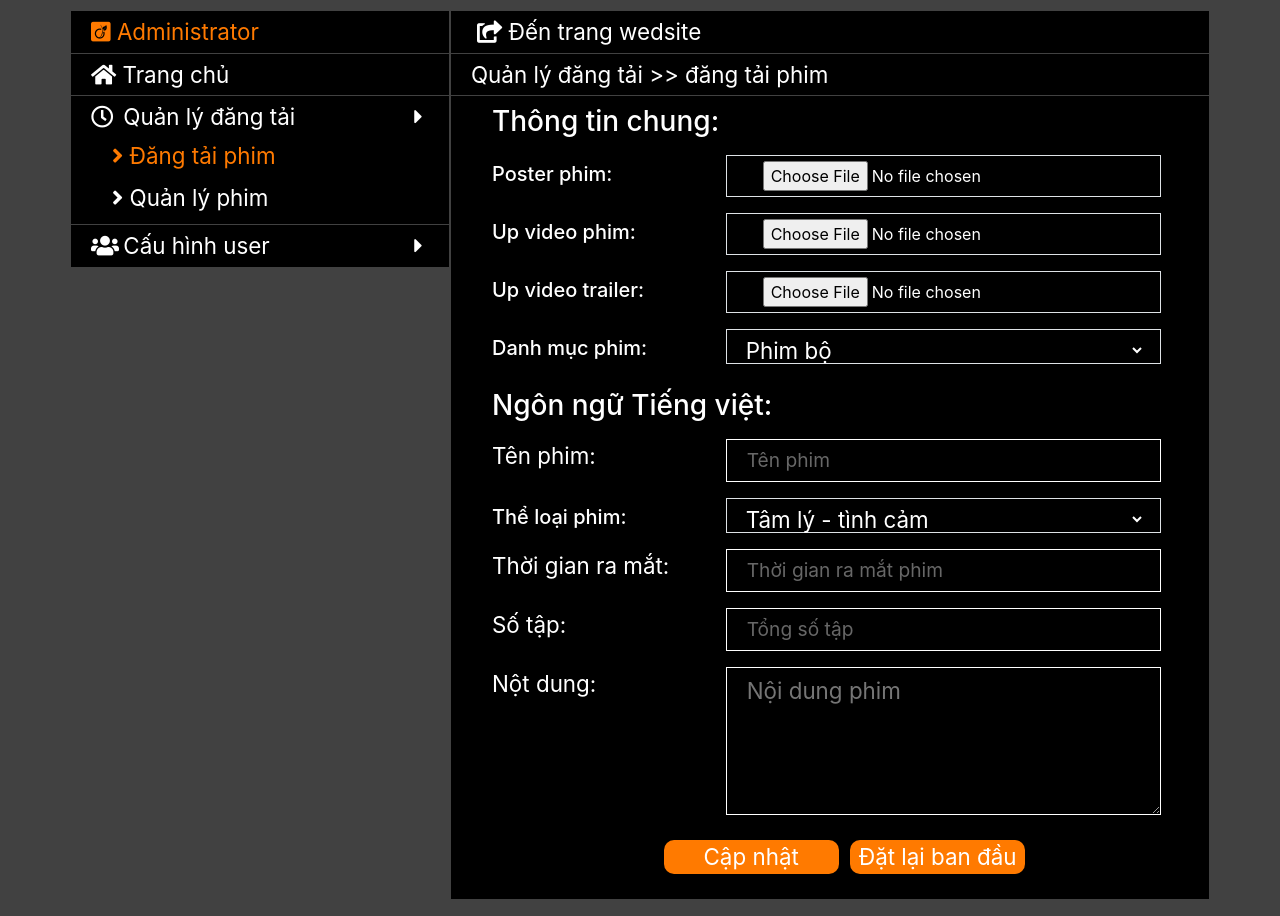
Repository: SonNguyen892002/Lau-Dai-Code
Page: http://localhost/wed-jdbc-1-2023/views/admin/dangtaiphim.jsp
An editor plug-in stored every save of this project. The page is shown before and after the next save, followed by the edit.
The browser window is 1280 px wide. The pictures show the whole page.
The page is served by Tomcat 9. Nobody is signed in. The application's start-up code is not run.

Above is the page before, as saved 2022-01-15 11:05:21.

After the next save:
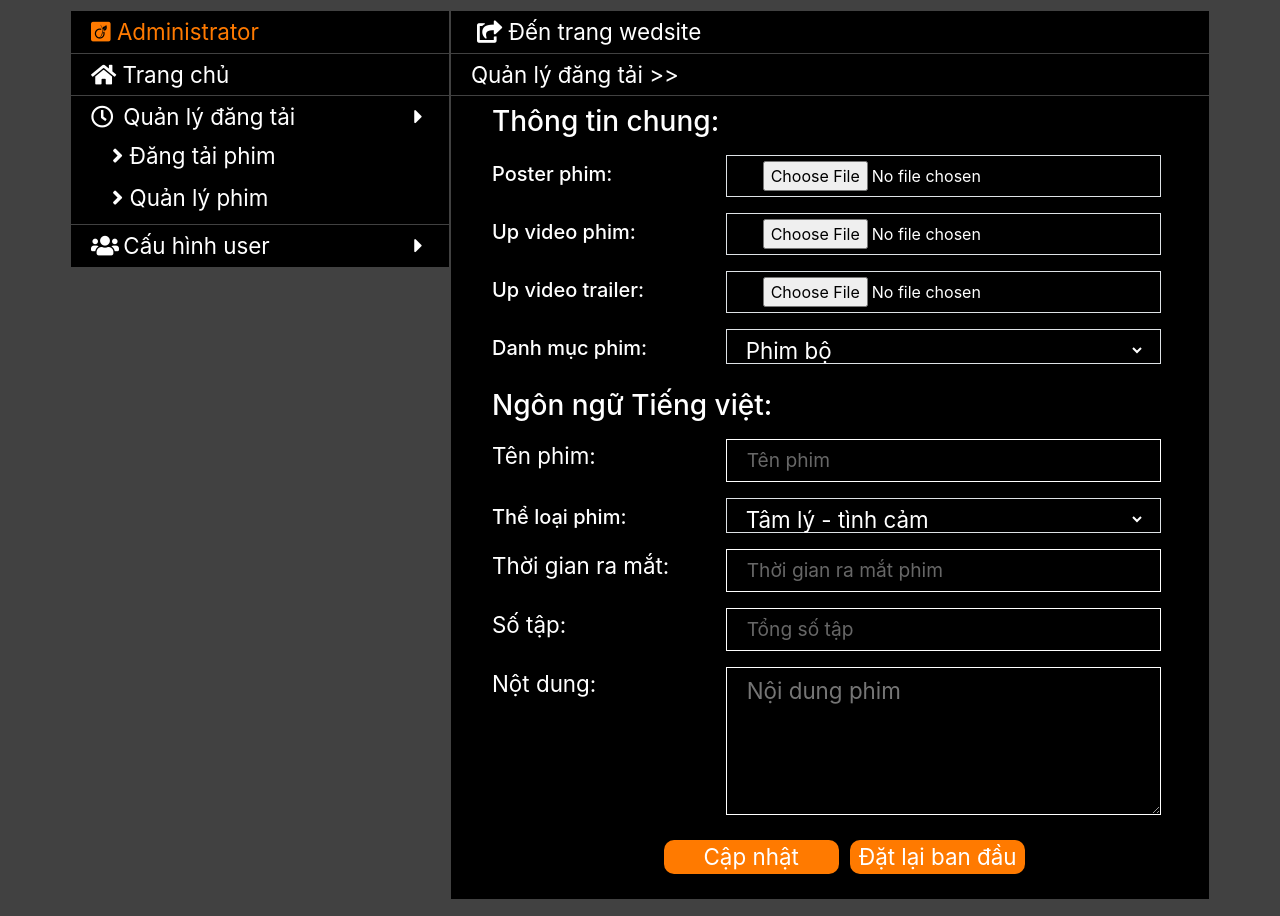
Console error: TypeError: Cannot read properties of null (reading 'classList')
Saved 54 s later.
--- a/workspace/wed-jdbc-1-2023/src/main/webapp/views/admin/dangtaiphim.jsp
+++ b/workspace/wed-jdbc-1-2023/src/main/webapp/views/admin/dangtaiphim.jsp
@@ -131,7 +131,7 @@
 
 <script>
 	const btnA = document.querySelector('.t');
-	const btnB = document.querySelector('#menu a');
+	const btnB = document.querySelector('#menu k');
 	document.querySelector('#menu').classList.remove('off');
 
 	btnB.classList.add('active');

After the 2 saves that followed:
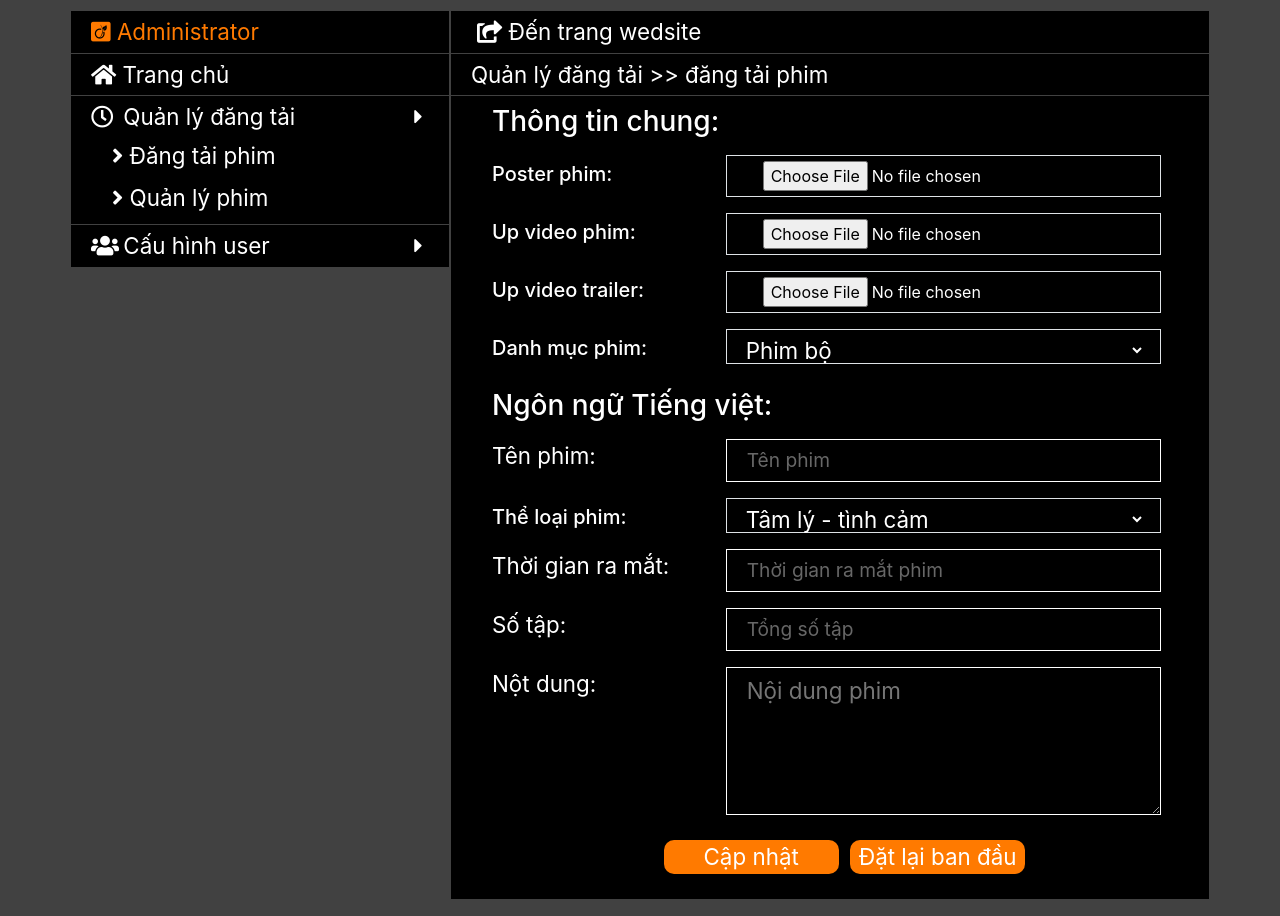
The error is gone.
The 2 saves are shown as one change because 1 left the picture as it was.
The last was saved 24 s later.
--- a/workspace/wed-jdbc-1-2023/src/main/webapp/views/admin/dangtaiphim.jsp
+++ b/workspace/wed-jdbc-1-2023/src/main/webapp/views/admin/dangtaiphim.jsp
@@ -131,7 +131,7 @@
 
 <script>
 	const btnA = document.querySelector('.t');
-	const btnB = document.querySelector('#menu k');
+	const btnB = document.querySelector('#menu1 .k');
 	document.querySelector('#menu').classList.remove('off');
 
 	btnB.classList.add('active');
